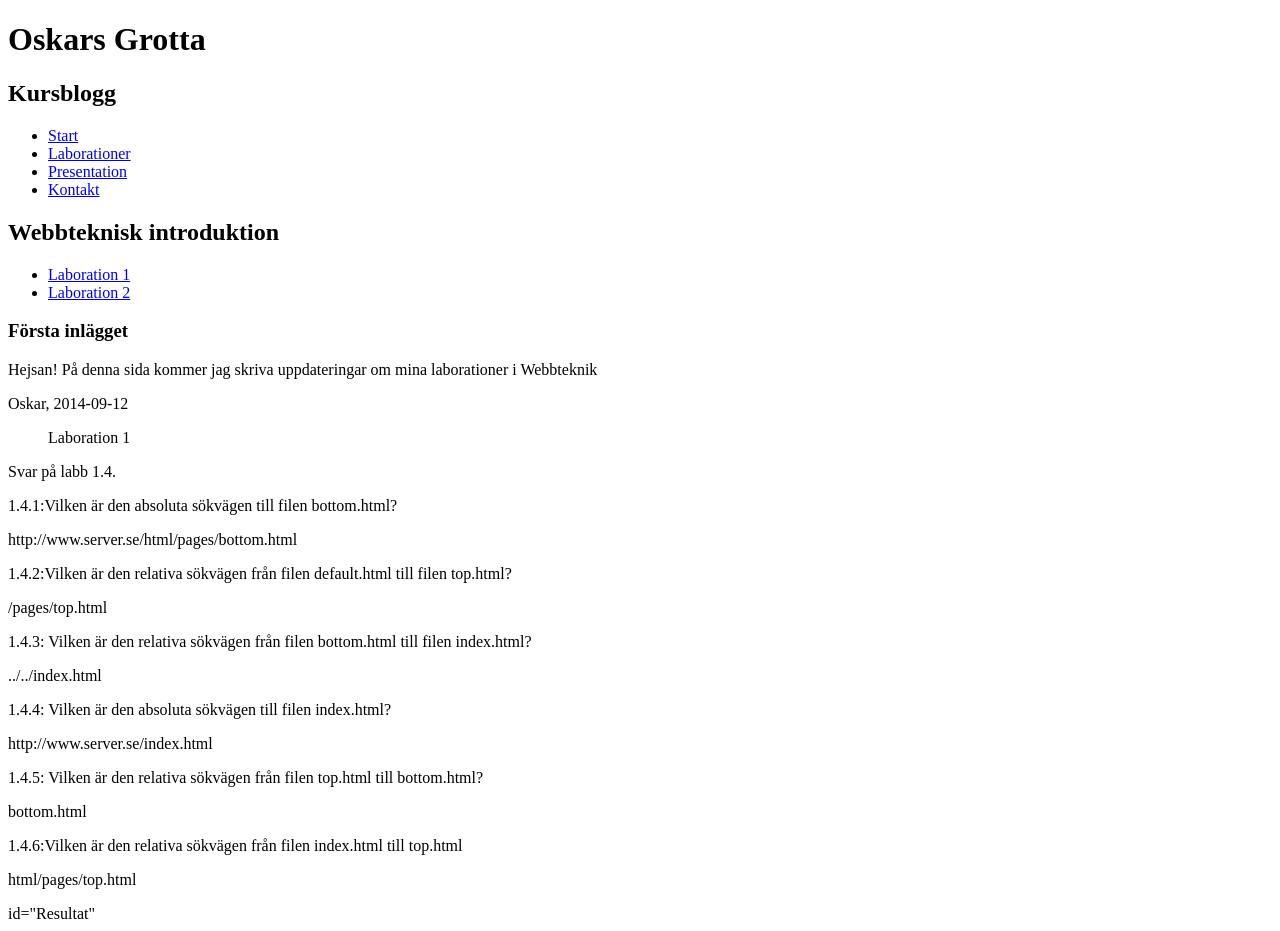
Repository: oe222bu/1ik415-laborationer
Page: index.html
The author's editor kept a record of every edit. The page is drawn from the files as they stood at one moment, then again after the next edit.
The browser window is 1280 px wide. The pictures show the whole page.

Above is the page before.

### index.html
<!DOCTYPE HTML>
<html lang="sv">
    <head>
        <meta charset="utf-8" />
        <title>Oskars grotta</title>
    </head>
    <body>
        <h1>Oskars Grotta</h1>
        <h2>Kursblogg</h2>
<ul>
<li><a href="index.html">Start</a></li>
<li><a href="../Pages/laborationer.html">Laborationer</a></li>
<li><a href="../Pages/Presentation.html">Presentation</a></li>
<li><a href="../Pages/kontakt.html">Kontakt</a></li>
        </ul>
        <h2>Webbteknisk introduktion</h2>
        <ul><li><a href="#Laboration1">Laboration 1</a></li>
            <li><a href="#Laboration2">Laboration 2</a></li>
        </ul>


        <h3>Första inlägget</h3>
        <p>Hejsan! På denna sida kommer jag skriva uppdateringar om mina laborationer i Webbteknik</p>
        <p>Oskar, 2014-09-12</p>
        <ul>
<h2id="Laboration1">Laboration 1</h2id>
        </ul>
        <p>Svar på labb 1.4.</p>
        <p>1.4.1:Vilken är den absoluta sökvägen till filen bottom.html?</p>
        <p>http://www.server.se/html/pages/bottom.html</p>
        <p>1.4.2:Vilken är den relativa sökvägen från filen default.html till filen top.html?</p>
            <p>/pages/top.html</p>

        <p>1.4.3: Vilken är den relativa sökvägen från filen bottom.html till filen index.html?</p>
           <p>../../index.html</p>
           <p>1.4.4: Vilken är den absoluta sökvägen till filen index.html?</p>
           <p>http://www.server.se/index.html</p>
           <p>1.4.5: Vilken är den relativa sökvägen från filen top.html till bottom.html?</p>
           <p>bottom.html</p>
           <p>1.4.6:Vilken är den relativa sökvägen från filen index.html till top.html</p>
           <p>html/pages/top.html</p>
        id="Resultat"
    </body>
</html>

After the next edit:
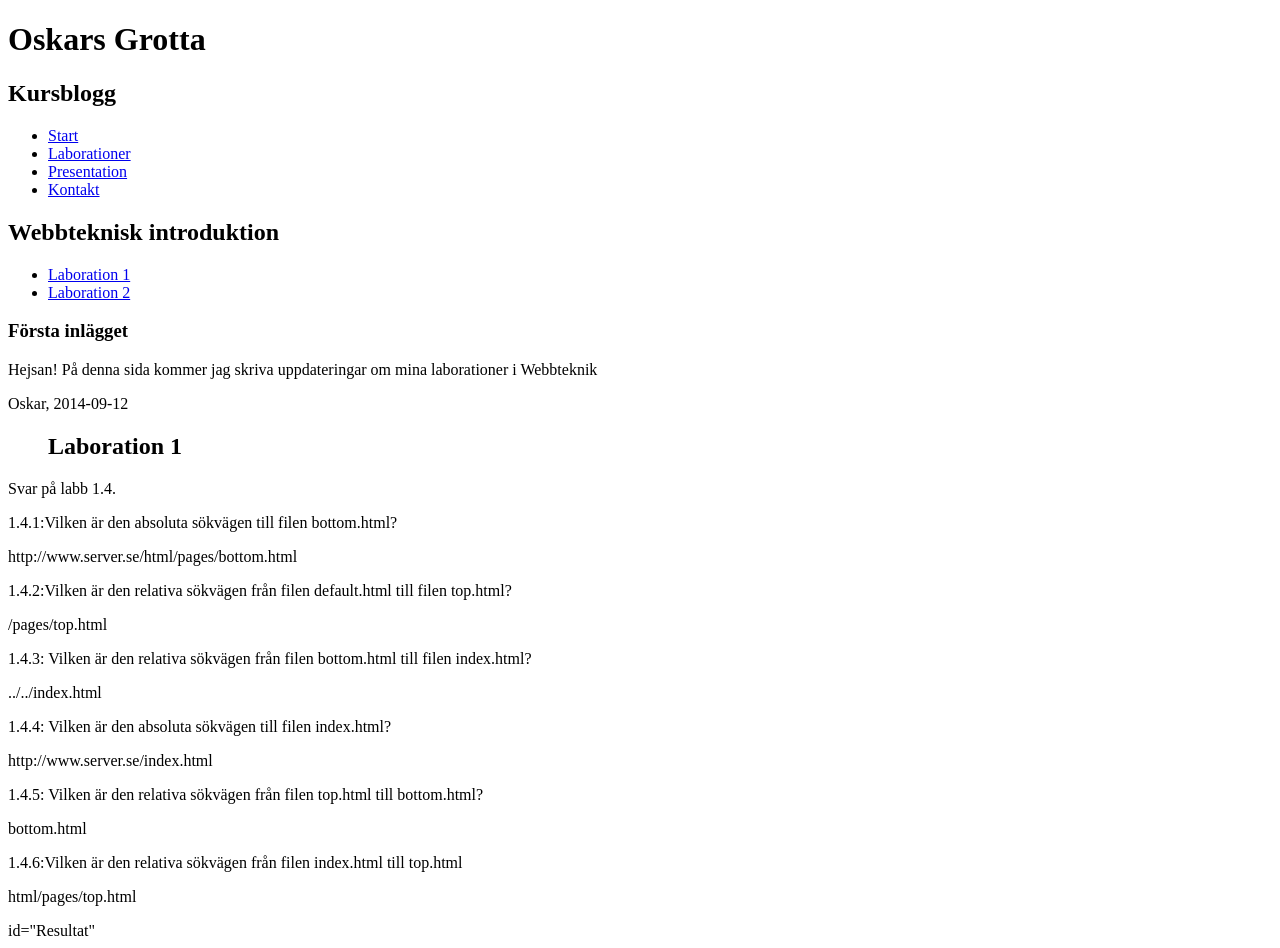
The edit:
--- a/index.html
+++ b/index.html
@@ -23,7 +23,7 @@
         <p>Hejsan! På denna sida kommer jag skriva uppdateringar om mina laborationer i Webbteknik</p>
         <p>Oskar, 2014-09-12</p>
         <ul>
-<h2id="Laboration1">Laboration 1</h2id>
+<h2 id="Laboration1">Laboration 1</h2>
         </ul>
         <p>Svar på labb 1.4.</p>
         <p>1.4.1:Vilken är den absoluta sökvägen till filen bottom.html?</p>
